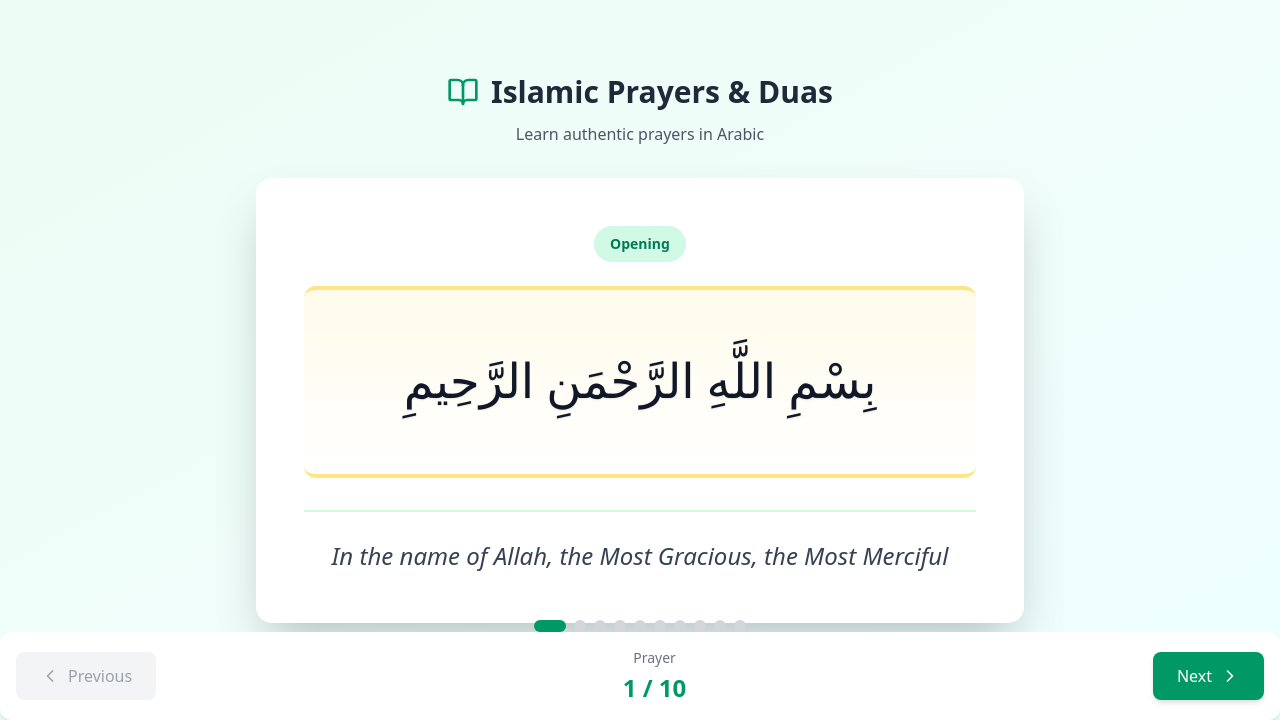
Repository: AbdulquddusMuhammad/prayerApp2.0
Page: /
The author's editor kept a copy of each file at every save. The page is drawn from the files as they stood at one save, then again after the next save.
The browser window is 1280 px wide. The pictures show the whole page.
Some web fonts or font styles are not loaded; a fallback is used. The project was rebuilt for these pictures with package versions that can differ from the ones it lists, and the page was loaded fresh each time. Also part of the build but not shown: vite.config.js.

Above is the page before, as saved 2026-01-18 09:20:18.

### index.html
<!DOCTYPE html>
<html lang="en">
  <head>
    <meta charset="UTF-8" />
    <link rel="icon" type="image/sng" href="/prayerAppLogo.png" />
    <meta name="viewport" content="width=device-width, initial-scale=1.0" />
    <title>prayerapp2-0</title>
  </head>
  <body>
    <div id="root"></div>
    <script type="module" src="/src/main.jsx"></script>
  </body>
</html>

### src/main.jsx
import { registerSW } from "virtual:pwa-register";
import { StrictMode } from "react";
import { createRoot } from "react-dom/client";
import "./index.css";
import App from "./App.jsx";

createRoot(document.getElementById("root")).render(
  <StrictMode>
    <App />
  </StrictMode>
);

registerSW({
  onNeedRefresh() {},
  onOfflineReady() {},
});

### src/index.css
@import "tailwindcss";

* {
  /* outline: 1px solid red; */
}

### src/App.jsx
import React, { useState } from "react";
import { ChevronLeft, ChevronRight, BookOpen } from "lucide-react";

const App = () => {
  // Load Quran-style Arabic fonts
  React.useEffect(() => {
    const link = document.createElement("link");
    link.href = "https://fonts.googleapis.com/css2?family=Amiri+Quran&family=Scheherazade+New:wght@400;700&display=swap";
    link.rel = "stylesheet";
    document.head.appendChild(link);
  }, []);
  // Arabic prayers and phrases stored in JavaScript object
  const prayersData = {
    prayers: [
      {
        id: 1,
        arabic: "بِسْمِ اللَّهِ الرَّحْمَنِ الرَّحِيمِ",
        translation: "In the name of Allah, the Most Gracious, the Most Merciful",
        category: "Opening",
      },
      {
        id: 2,
        arabic: "الْحَمْدُ لِلَّهِ رَبِّ الْعَالَمِينَ",
        translation: "All praise is due to Allah, Lord of all the worlds",
        category: "Praise",
      },
      {
        id: 3,
        arabic: "اللَّهُمَّ صَلِّ عَلَى مُحَمَّدٍ وَعَلَى آلِ مُحَمَّدٍ",
        translation: "O Allah, send blessings upon Muhammad and the family of Muhammad",
        category: "Salawat",
      },
      {
        id: 4,
        arabic: "سُبْحَانَ اللَّهِ وَالْحَمْدُ لِلَّهِ وَلَا إِلَهَ إِلَّا اللَّهُ وَاللَّهُ أَكْبَرُ",
        translation: "Glory be to Allah, and praise be to Allah, and there is no god but Allah, and Allah is the Greatest",
        category: "Dhikr",
      },
      {
        id: 5,
        arabic: "رَبَّنَا آتِنَا فِي الدُّنْيَا حَسَنَةً وَفِي الْآخِرَةِ حَسَنَةً وَقِنَا عَذَابَ النَّارِ",
        translation: "Our Lord, give us good in this world and good in the Hereafter, and protect us from the punishment of the Fire",
        category: "Dua",
      },
      {
        id: 6,
        arabic: "اللَّهُمَّ إِنِّي أَسْأَلُكَ الْهُدَى وَالتُّقَى وَالْعَفَافَ وَالْغِنَى",
        translation: "O Allah, I ask You for guidance, piety, chastity, and self-sufficiency",
        category: "Dua",
      },
      {
        id: 7,
        arabic: "رَبِّ اشْرَحْ لِي صَدْرِي وَيَسِّرْ لِي أَمْرِي",
        translation: "My Lord, expand my chest and make my task easy for me",
        category: "Dua",
      },
      {
        id: 8,
        arabic: "لَا إِلَهَ إِلَّا أَنْتَ سُبْحَانَكَ إِنِّي كُنْتُ مِنَ الظَّالِمِينَ",
        translation: "There is no deity except You; exalted are You. Indeed, I have been of the wrongdoers",
        category: "Dua",
      },
      {
        id: 9,
        arabic: "اللَّهُمَّ إِنِّي أَعُوذُ بِكَ مِنَ الْهَمِّ وَالْحَزَنِ",
        translation: "O Allah, I seek refuge in You from anxiety and grief",
        category: "Protection",
      },
      {
        id: 10,
        arabic: "حَسْبُنَا اللَّهُ وَنِعْمَ الْوَكِيلُ",
        translation: "Allah is sufficient for us, and He is the best Disposer of affairs",
        category: "Trust in Allah",
      },
    ],
  };

  const [currentIndex, setCurrentIndex] = useState(0);
  const currentPrayer = prayersData.prayers[currentIndex];

  const goToNext = () => {
    setCurrentIndex((prev) => (prev < prayersData.prayers.length - 1 ? prev + 1 : prev));
  };

  const goToPrevious = () => {
    setCurrentIndex((prev) => (prev > 0 ? prev - 1 : prev));
  };

  return (
    <div className="min-h-screen bg-gradient-to-br from-emerald-50 via-teal-50 to-cyan-50 flex items-center justify-center p-4">
      <div className="max-w-3xl w-full">
        {/* Header */}
        <div className="text-center mb-8">
          <div className="flex items-center justify-center gap-3 mb-3">
            <BookOpen className="w-8 h-8 text-emerald-600" />
            <h1 className="text-3xl font-bold text-gray-800">Islamic Prayers & Duas</h1>
          </div>
          <p className="text-gray-600">Learn authentic prayers in Arabic</p>
        </div>

        {/* Prayer Card */}
        <div className="bg-white rounded-2xl shadow-2xl p-8 md:p-12 mb-6">
          {/* Category Badge */}
          <div className="text-center mb-6">
            <span className="inline-block px-4 py-2 bg-emerald-100 text-emerald-700 text-sm font-semibold rounded-full">{currentPrayer.category}</span>
          </div>

          {/* Arabic Text - Quran Style */}
          <div className="mb-8 px-4 py-8 bg-gradient-to-b from-amber-50 to-transparent rounded-xl border-t-4 border-b-4 border-amber-200" dir="rtl">
            <p
              className="text-4xl md:text-5xl text-gray-900 leading-loose text-center"
              style={{
                fontFamily: "'Amiri Quran', 'Scheherazade New', 'Traditional Arabic', serif",
                lineHeight: "2.5",
                textShadow: "0 1px 2px rgba(0,0,0,0.1)",
              }}>
              {currentPrayer.arabic}
            </p>
          </div>

          {/* Translation */}
          <div className="border-t-2 border-emerald-100 pt-6">
            <p className="text-xl md:text-2xl text-gray-700 text-center italic leading-relaxed">{currentPrayer.translation}</p>
          </div>
        </div>

        <div className="fixed bottom-0 left-0 right-0">
          {/* Progress Dots */}
          <div className="flex justify-center gap-2 mt-6">
            {prayersData.prayers.map((_, index) => (
              <button key={index} onClick={() => setCurrentIndex(index)} className={`w-3 h-3 rounded-full transition-all ${index === currentIndex ? "bg-emerald-600 w-8" : "bg-gray-300 hover:bg-gray-400"}`} />
            ))}
          </div>
          {/* Navigation Controls */}
          <div className="flex items-center justify-between bg-white rounded-xl shadow-lg p-4">
            <button onClick={goToPrevious} disabled={currentIndex === 0} className={`flex items-center gap-2 px-6 py-3 rounded-lg font-medium transition-all ${currentIndex === 0 ? "bg-gray-100 text-gray-400 cursor-not-allowed" : "bg-emerald-600 text-white hover:bg-emerald-700 shadow-md"}`}>
              <ChevronLeft className="w-5 h-5" />
              Previous
            </button>

            <div className="text-center">
              <p className="text-sm text-gray-500 mb-1">Prayer</p>
              <p className="text-2xl font-bold text-emerald-600">
                {currentIndex + 1} / {prayersData.prayers.length}
              </p>
            </div>

            <button onClick={goToNext} disabled={currentIndex === prayersData.prayers.length - 1} className={`flex items-center gap-2 px-6 py-3 rounded-lg font-medium transition-all ${currentIndex === prayersData.prayers.length - 1 ? "bg-gray-100 text-gray-400 cursor-not-allowed" : "bg-emerald-600 text-white hover:bg-emerald-700 shadow-md"}`}>
              Next
              <ChevronRight className="w-5 h-5" />
            </button>
          </div>
        </div>
      </div>
    </div>
  );
};

export default App;

After the next save:
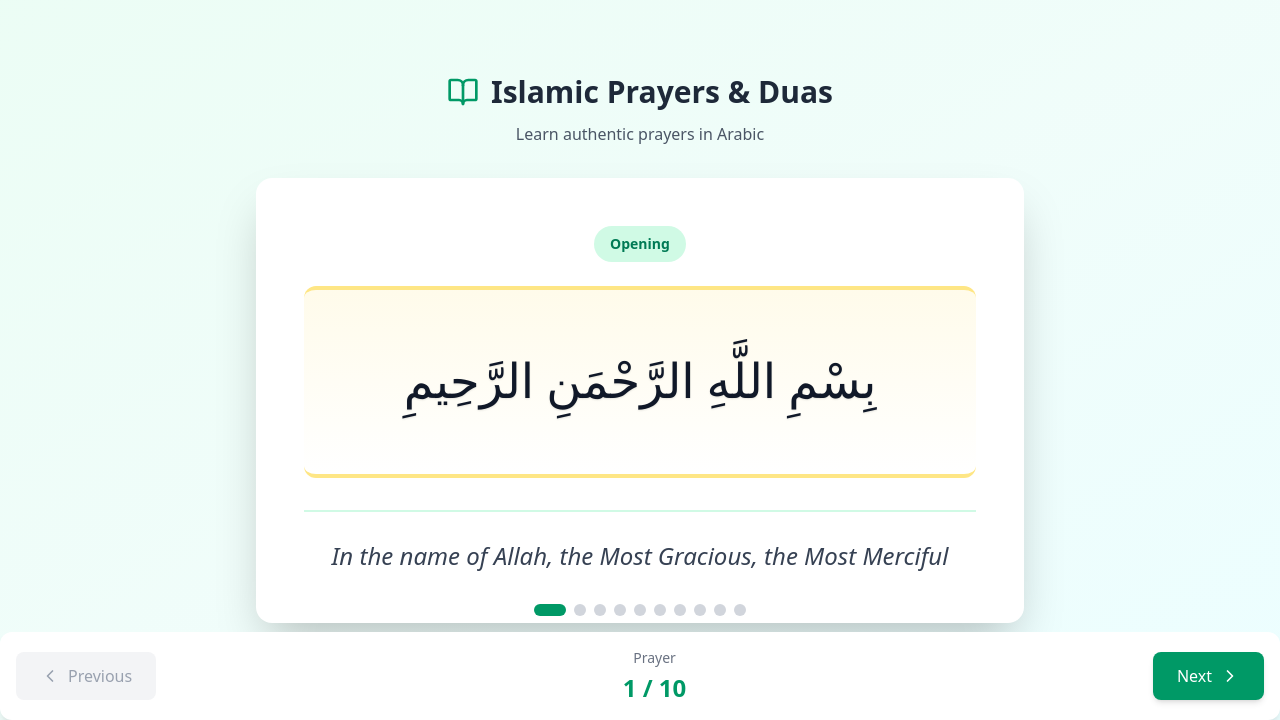
Saved 26 s later.
--- a/src/App.jsx
+++ b/src/App.jsx
@@ -132,7 +132,7 @@ const App = () => {
             ))}
           </div>
           {/* Navigation Controls */}
-          <div className="flex items-center justify-between bg-white rounded-xl shadow-lg p-4">
+          <div className="flex items-center justify-between bg-white rounded-xl shadow-lg p-4 mt-4">
             <button onClick={goToPrevious} disabled={currentIndex === 0} className={`flex items-center gap-2 px-6 py-3 rounded-lg font-medium transition-all ${currentIndex === 0 ? "bg-gray-100 text-gray-400 cursor-not-allowed" : "bg-emerald-600 text-white hover:bg-emerald-700 shadow-md"}`}>
               <ChevronLeft className="w-5 h-5" />
               Previous
